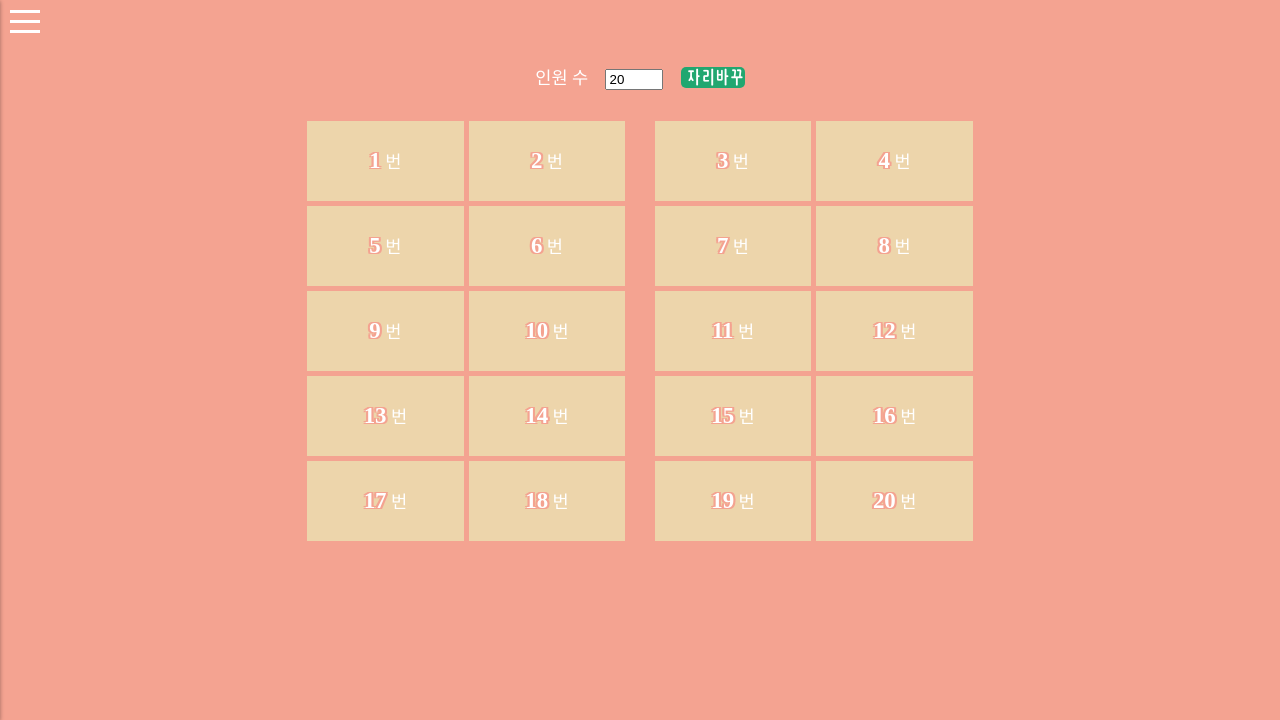
Repository: se-yoo/ChangeSeat
Page: http://localhost/ChangeSeat/change.jsp
The author's editor kept a copy of each file at every save. The page is drawn from the files as they stood at one save, then again after the next save.
The browser window is 1280 px wide. The pictures show the whole page.
Some web fonts or font styles are not loaded; a fallback is used. Some web libraries are served in a nearby version. The page is served by Tomcat 9.

Above is the page before, as saved 2018-06-26 00:21:46.

### ChangeSeat/WebContent/change.jsp
<%@ page language="java" contentType="text/html; charset=UTF-8"
	pageEncoding="UTF-8"%>
<%
	String id = (String) session.getAttribute("id");
	if (id == null) {
%><jsp:forward page="templateTest.jsp">
	<jsp:param name="CONTENTPAGE" value="changeNotMember.jsp" />
</jsp:forward>
<%
	} else {
%><jsp:forward page="templateTest.jsp">
<jsp:param name="CONTENTPAGE" value="changeMember.jsp" />
</jsp:forward>
<%
	}
%>

### ChangeSeat/WebContent/templateTest.jsp
<%@ page language="java" contentType="text/html; charset=UTF-8"
    pageEncoding="UTF-8"%>
<!DOCTYPE html>
<html>
<head>
<meta charset="UTF-8">
<title>자리바꾸기</title>
<meta name="viewport" content="width=device-width, initial-scale=1">
 <title>Side Menu</title>
 <link rel="stylesheet" href="templateStyle.css">
 <link href='https://fonts.googleapis.com/css?family=Pacifico' rel='stylesheet' type='text/css'>
 <script src="//ajax.googleapis.com/ajax/libs/jquery/1.6.1/jquery.min.js" type="text/javascript"></script>
 <script>
$(document).ready(function(){
  /*
  $(".first").mouseover(function(){
    $(".second").css("background-color", '#6b81d5');
    $(".first").css("background-color", '#D56B81');

  });
  $(".second").mouseover(function(){
    $(".second").css("background-color", '#8a6bd5');
    $(".first").css("background-color", '#6bd5bf');

  });
  */
  $(".wrap").click(function(){
    $(".top").toggleClass("addedtop");
    $(".mid").toggleClass("addedmid");
    $(".bot").toggleClass("addedbot");
$(".side").toggleClass("triggered");
    $(".sidebtn").toggleClass("sideopacity");


  });

}); //final
</script>
</head>
<body>
<%
	String contentpage=request.getParameter("CONTENTPAGE");
%>
  <div class="wrap">
<span class="line top"></span>
  <span class="line mid"></span>
  <span class="line bot"></span>
  </div>
  <div class="side">
    <a href="main.jsp" class="sidebtn">홈</a>
    <a href="change.jsp" class="sidebtn">자리바꾸기</a>
    <a href="#" class="sidebtn">조편성</a>
    <a href="#" class="sidebtn">정보관리</a>
  </div>
  <jsp:include page="<%= contentpage %>"></jsp:include>
</body>
</html>

### ChangeSeat/WebContent/changeNotMember.jsp
<%@ page language="java" contentType="text/html; charset=UTF-8"
	pageEncoding="UTF-8"%>
<!DOCTYPE html>
<html>
<head>
<meta content="text/html; charset=UTF-8">
<title></title>
<script  src="http://code.jquery.com/jquery-latest.min.js"></script>
<link rel="stylesheet" href="changeStyle.css">
<script>
$(document).on('click','#bt',function(){
		var cnt = document.getElementById("student").value;
		if (cnt > 40 || cnt < 2) {
			alert("2~40명만 입력가능합니다 죄송합니다");
		} else {
			var num = [ 1, 2 ];
			num.length = cnt;
			for (i = 0; i < cnt; i++) {
				num[i] = i + 1;
			}
			for (i = 0; i < 100; i++) {
				var randNum1 = Math.floor(Math.random() * cnt);
				var randNum2 = Math.floor(Math.random() * cnt);
				var tmp = num[randNum1];
				num[randNum1] = num[randNum2];
				num[randNum2] = tmp;
			}
			result = "<table border='0' cellpadding='10' cellspacing='5'>";
			var row = Math.ceil(cnt / 4);
			var a = 0;

			for (i = 0; i < row; i++) {
				result += "<tr>";
				for (j = 0; j < 5; j++) {
					if (a > cnt - 1) {
						result += "</tr>";
						break;
					}
					if (j == 2)
						result += "<td width='3%' class='empty'></td>";
					else
						result += "<td width='24%' class='desk'><span>"
								+ num[a++] + "</span> 번</td>";
				}
				result += "</tr>";
			}
			result += "</table>";
			document.getElementById("tableBox").innerHTML = result;
			if(cnt>24){
				$("table").css("height","700px");
				$("td").css("padding","0%");
			}
		}
	});
</script>
</head>
<body>
	<form>
		인원 수 <input type="number" name="student" id="student" value="20"
			pattern="[0-9]+"> <input type="button" value="자리바꾸기" id="bt">
	</form>
	<div id="tableBox">
		<table border="0" cellpadding="10" cellspacing="5">
			<%
				int[] num = { 1, 2, 3, 4, 5, 6, 7, 8, 9, 10, 11, 12, 13, 14, 15, 16, 17, 18, 19, 20 };
				int a = 0;
				for (int i = 0; i < 5; i++) {
			%>
			<tr>
				<%
					for (int j = 0; j < 5; j++) {
							if (j == 2)
								out.println("<td width='3%' class='empty'></td>");
							else
								out.println("<td width='24%' class='desk'><span>" + num[a++] + "</span> 번</td>");
						}
				%>
			</tr>
			<%
				}
			%>
		</table>
	</div>
</body>
</html>

### ChangeSeat/WebContent/templateStyle.css
@CHARSET "UTF-8";
@font-face{
	font-family:yangFont;
	src:url('yangfont05.ttf') format('truetype');
}
@font-face{
	font-family:Nanum;
	src:url('NanumBarunGothicLight.ttf') format('truetype');
}
body {
  background-color:#f4a391;
  margin: 0;
  padding: 0;
  font-family:Nanum;
}
html,body {
 height:80%;
}
.line {
 display: block;
  height:3px;
  width:30px;
  background-color:white;
  margin-top:5px;
  position: absolute;
  top:0;

  transition: all .4s ease-in-out;
}
.wrap {
 height:80px;
  position: relative;
  top:5px;
  left:10px;
  width: 30px;
  z-index: +150;
  cursor: pointer;
  height:30px;
  position: fixed;
}

.mid {
 top:10px;
}
.bot {
top:20px;
}

.addedmid {
  transform: rotate(135deg);
}
.addedtop {
  transform: rotate(45deg);
  top:10px;
}
.addedbot {
 opacity: 0;
}
.side {
	font-family: yangFont;
	width:20%;
  	position: fixed;
  	height:100%;
  	text-align: center;
  	left:-20%;
  	z-index: 80;
  	box-shadow: 0 1px 4px 0 rgba(0,0,0,0.37);
  	top:0;
  	background-color: #21a770;
  	transition: all .5s ease-in-out;
}
.sidebtn {
 text-decoration: none;
  display: block;
  color:white;
  font-size:35px;
  opacity:0;
  width:50%;
  position: relative;
  left:25%;
  top:25%;
  white-space: nowrap;
  line-height:100px;
  transition:all .25s ease-in-out;

}
.sideopacity  {
 opacity: 1;
  transition: all 1s ease-in-out;
}
.sidebtn:hover {
  text-shadow: 2px 2px rgba(0, 0, 0, 0.38);
}
.triggered {
 left:0;
}
.sidebtn::after {
 content: '';
  position: absolute;
  bottom:0;
  left:50%;
  width:0%;
  height:5px;
  background-color: white;
  transition: all .3s ease-out;
}
.sidebtn:hover::after {
 width: 100%;
  left:0;
  box-shadow: 2px 2px rgba(0, 0, 0, 0.38);
}

### ChangeSeat/WebContent/changeStyle.css
@CHARSET "UTF-8";
@font-face{
	font-family:yangFont;
	src:url('yangfont05.ttf') format('truetype');
}
@font-face{
	font-family:Nanum;
	src:url('NanumBarunGothicLight.ttf') format('truetype');
}
body{
	text-align:center;
	font-size:1.1em;
	color:white;
}
form{
	margin-top:5%;
}
input[type='button']{
	width:5%;
	height:1em;
	background-color:#21a770;
	color:white;
	font-family:yangFont;
	font-size:1.2em;
	border:0px;
	border-radius:5px;
	margin-left:1%;
}
input[type='button']:hover{
	background-color:white;
	color:#21a770;
	box-shadow: 2px 2px 5px gray;
}
#tableBox{
	text-align:center;
	margin:2%;
}
table{
	width:55%;
	margin:auto;
}
td{
	padding:4% 0%;
}
span{
	font-size:1.3em;
	font-weight:bold;
	text-shadow: -2px 1px 0 #f4a391, -1px 1px 0 #f4a391, -2px -1px 0 #f4a391,
		-1px -1px 0 #f4a391, 0px 0px 0 #f4a391, 1px 1px 0 #f4a391, 2px 1px 0
		#f4a391, 1px -1px 0 #f4a391, 2px -1px 0 #f4a391;
}
input[type='number']{
	width:50px;
	margin-left:1%;
}
.desk{
	background-color:#edd5ab;
}

After the next save:
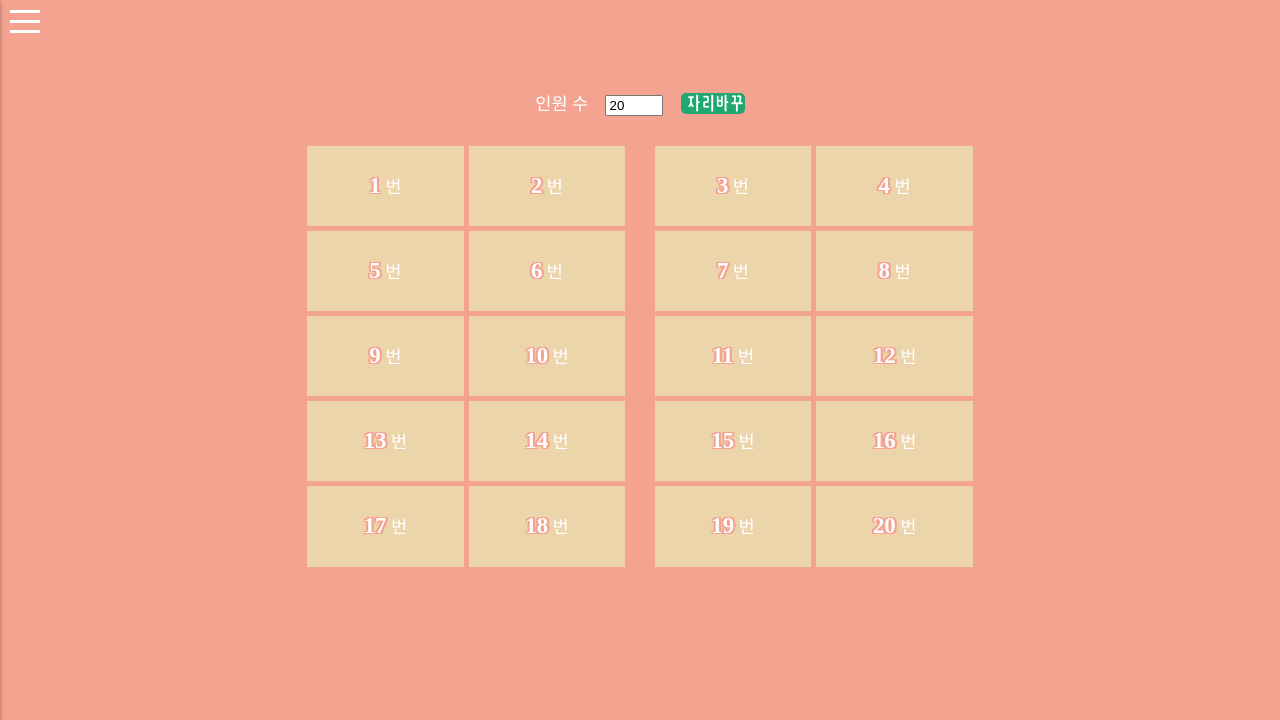
Saved 82 s later.
--- a/ChangeSeat/WebContent/changeStyle.css
+++ b/ChangeSeat/WebContent/changeStyle.css
@@ -13,7 +13,7 @@ body{
 	color:white;
 }
 form{
-	margin-top:5%;
+	margin-top:7%;
 }
 input[type='button']{
 	width:5%;
